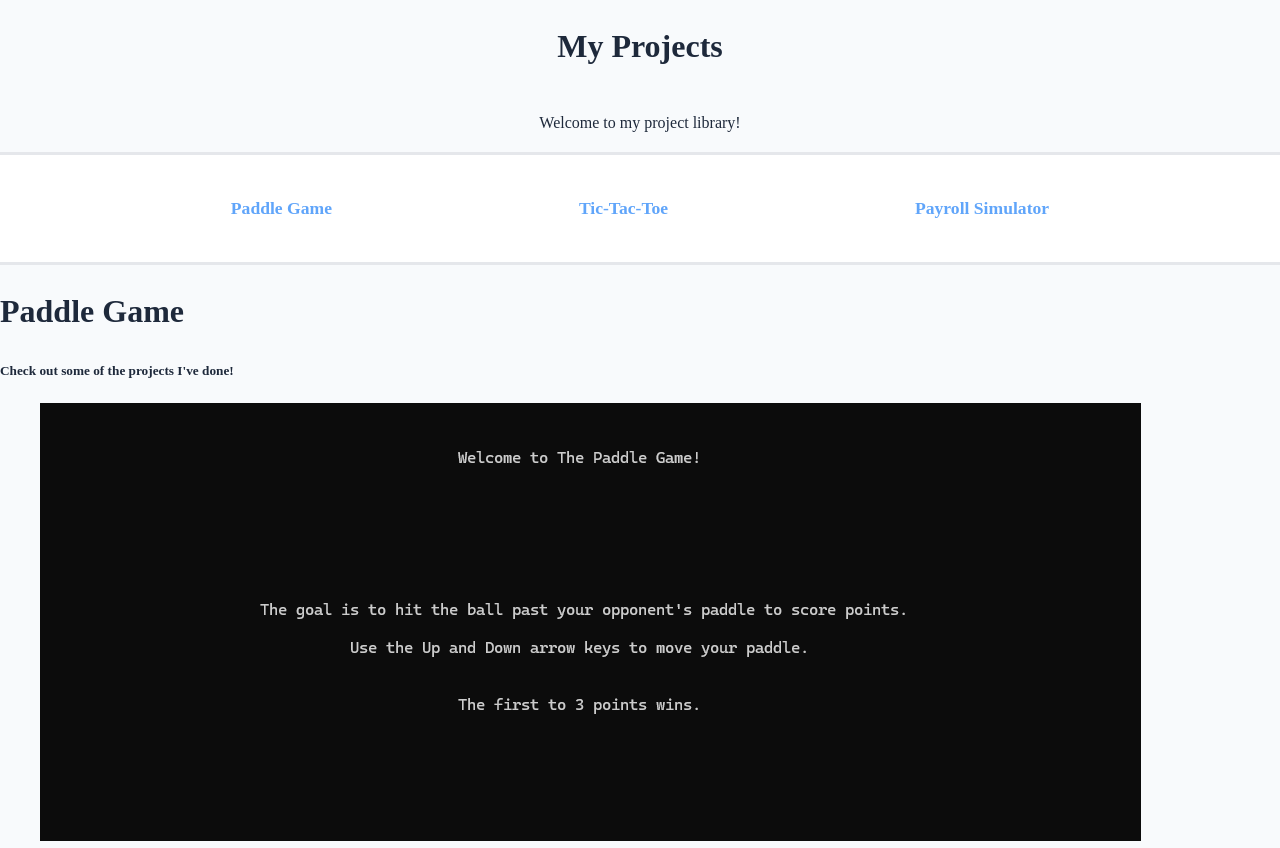
Repository: alison-cunningham/alison-cunningham
Page: pages/main-projects-page.html
The author's editor kept a copy of each file at every save. The page is drawn from the files as they stood at one save, then again after the next save.
The browser window is 1280 px wide. The pictures show the whole page.
The pointer rests on the first visible `nav a`.
Some web fonts or font styles are not loaded; a fallback is used.

Above is the page before, as saved 2026-05-08 20:22:34.

### pages/main-projects-page.html
<!DOCTYPE html>
<html lang="en">
<head>
    <meta charset="UTF-8" />
    <title>Project - Paddle Game</title>
    <meta name="viewport" content="width=device-width, initial-scale=1.0">
    <link rel="stylesheet" href="../styles/pages.css"/>
    <link rel="stylesheet" href="../styles/globals.css"/>
</head>
<body>
<header class="project-header">
    <h1>My Projects</h1>
    <p>
        Welcome to my project library!
        <br>
    </p>
</header>

<nav>
    <a href="./paddle-game.html" target="myframe">
        <h4>Paddle Game</h4>
    </a>
    <a href="./tic-tac-toe.html" target="myframe">
        <h4>Tic-Tac-Toe</h4>
    </a>
    <a href="./payroll-simulator.html" target="myframe">
        <h4>Payroll Simulator</h4>
    </a>
</nav>
<section class="mainview">
    <iframe src="./paddle-game.html" name="myframe"></iframe>
</section>

</body>


</html>

### styles/pages.css
.project-header{
    display: grid;
    justify-content: center;
    text-align: center;

}

nav{
    width: 100%;
    background-color: #ffffff;

    border-bottom: .2rem solid #e5e7eb;
    border-top: .2rem solid #e5e7eb;

    display: flex;
    flex-direction: row;
    justify-content: space-evenly;

}

nav a{
    text-decoration: none;
    color: #60a5fa;

    padding: 1rem;
    border-radius: .5rem;

    font-size: 1.1rem;
    font-weight: 600;

    transition:
    background-color 0.3s ease,
    color 0.3s ease,
    transform 0.2s ease;
}

nav a:hover{

}

iframe{
    width: 100%;
    min-height: 80vh;
    border: 0;
}

### styles/globals.css
@font-face{
    font-family: 'Radio-Canada';
    src: url('../assets/fonts/Radio_Canada/RadioCanada-VariableFont_wdth\,wght.ttf')
}



body{
    font-family: 'Radio-Canada';

    background-color: #f8fafc;
    color: #1e293b;

    line-height: 1.6;
    font-size: 1rem;

    margin: 0;
    overflow-x: hidden;
}


a{
    text-decoration: none;
    color: inherit;
}

h3{
    font-size: 1.4rem;
    margin-bottom: 1rem;
    color: #0f172a;
}

### pages/paddle-game.html
<!DOCTYPE html>
<html lang="en">
<head>
    <meta charset="UTF-8" />
    <title>Project - Paddle Game</title>
    <meta name="viewport" content="width=device-width, initial-scale=1.0">
    <link rel="stylesheet" href="../styles/globals.css"/>
</head>
<body>
    <header>
        <h1>Paddle Game</h1>
        <h5>Check out some of the projects I've done!</h5>
    </header>

    <aside>
        <a href="./paddle-game.html"
    </aside>

    <figure>
        <img src="../assets/images/paddle-game-screenshot-2.png" alt="Screenshot from Paddle Game gameplay">
    </figure>


</body>

</html>

After the next save:
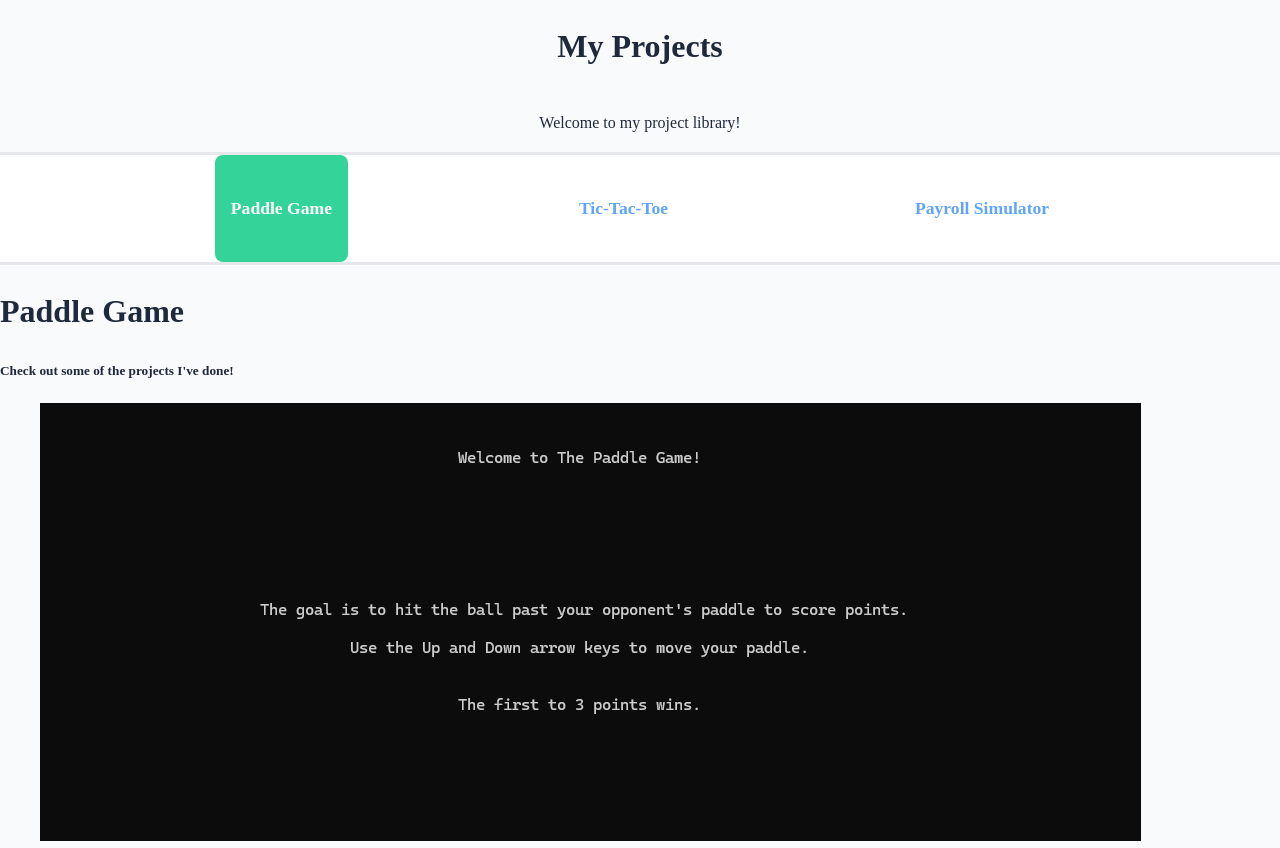
Saved 3 min 27 s later.
--- a/styles/pages.css
+++ b/styles/pages.css
@@ -35,7 +35,8 @@ nav a{
 }
 
 nav a:hover{
-
+    background-color: #34d399;
+    color: white;
 }
 
 iframe{
